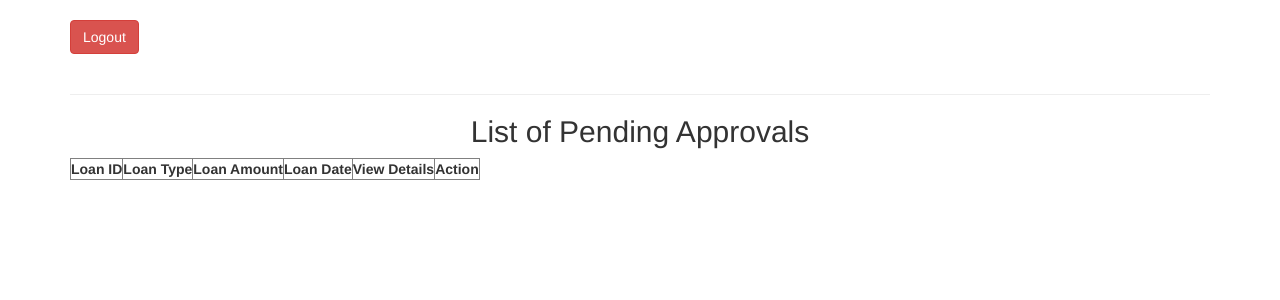
Repository: Bayvao/E-Loan-Project
Page: http://localhost/E-Loan-Project/WEB-INF/views/pending-loan-approval.jsp
The author's editor kept a copy of each file at every save. The page is drawn from the files as they stood at one save, then again after the next save.
The browser window is 1280 px wide. The pictures show the whole page.
The page is served by Tomcat 9. Nobody is signed in. The template is opened directly, without the code that normally fills it, so the values that code supplies are empty.

Above is the page before, as saved 2020-07-21 08:26:10.

After the next save:
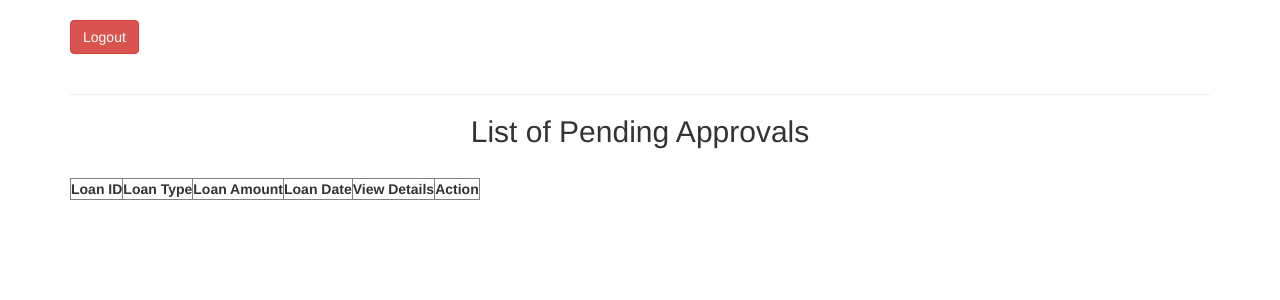
Saved 16 s later.
--- a/E-Loan-Project/src/main/webapp/WEB-INF/views/pending-loan-approval.jsp
+++ b/E-Loan-Project/src/main/webapp/WEB-INF/views/pending-loan-approval.jsp
@@ -52,7 +52,7 @@ h2 {
 			<hr>
 			<h2>List of Pending Approvals</h2>
 		</div>
-		<b/>
+		<br/>
 		<table border=1>
 			<tr>
 				<th>Loan ID</th>
